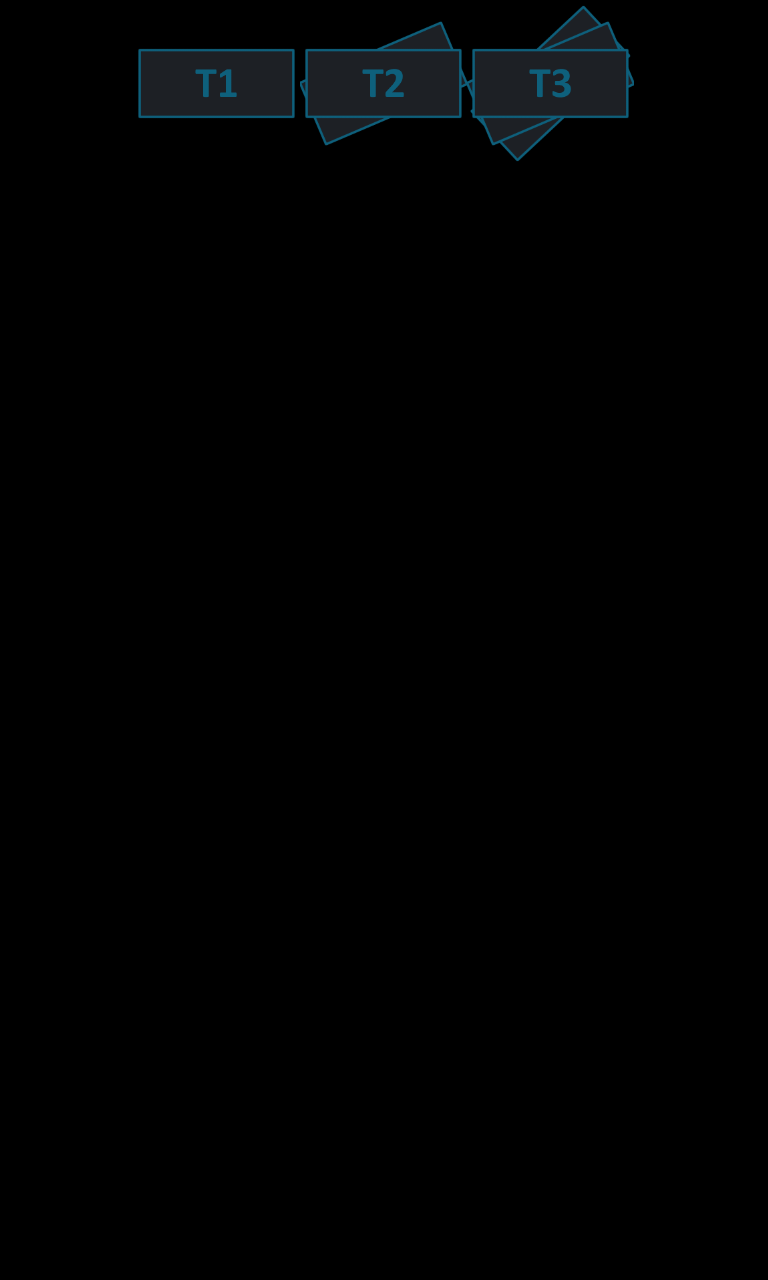
Repository: Nelspike/BusTicketer
Layout: PassengerMode/res/layout/fragment_show_tickets.xml
The author's editor kept a copy of each file at every save. The layout is drawn from the files as they stood at one save, then again after the next save.
It is drawn on a 768 x 1280 px phone screen (xhdpi) without system bars, with theme AppTheme; the app's code is not run.

Above is the layout before, as saved 2013-10-19 20:01:05.

### PassengerMode/res/layout/fragment_show_tickets.xml
<FrameLayout xmlns:android="http://schemas.android.com/apk/res/android"
    xmlns:tools="http://schemas.android.com/tools"
    android:layout_width="match_parent"
    android:layout_height="match_parent"
    tools:context=".ShowTicketsFragment" >

	<RadioGroup
	    android:layout_width="match_parent"
	    android:layout_height="wrap_content"
	    android:orientation="horizontal"
	    android:gravity="center">

	    <RadioButton
	        android:button="@drawable/t1"/>

	    <RadioButton
	        android:button="@drawable/t2"
	        android:padding_left="10dp"/>

	    <RadioButton
	        android:button="@drawable/t3"/>

	</RadioGroup>


</FrameLayout>

### PassengerMode/res/values/styles.xml
<resources>

    <!--
        Base application theme, dependent on API level. This theme is replaced
        by AppBaseTheme from res/values-vXX/styles.xml on newer devices.
    -->
    <style name="AppBaseTheme" parent="android:Theme.Holo">
        <!--
            Theme customizations available in newer API levels can go in
            res/values-vXX/styles.xml, while customizations related to
            backward-compatibility can go here.
        -->
    </style>

    <!-- Application theme. -->
    <style name="AppTheme" parent="android:Theme.Holo">
        <!-- All customizations that are NOT specific to a particular API-level can go here. -->
    </style>

</resources>

After the next save:
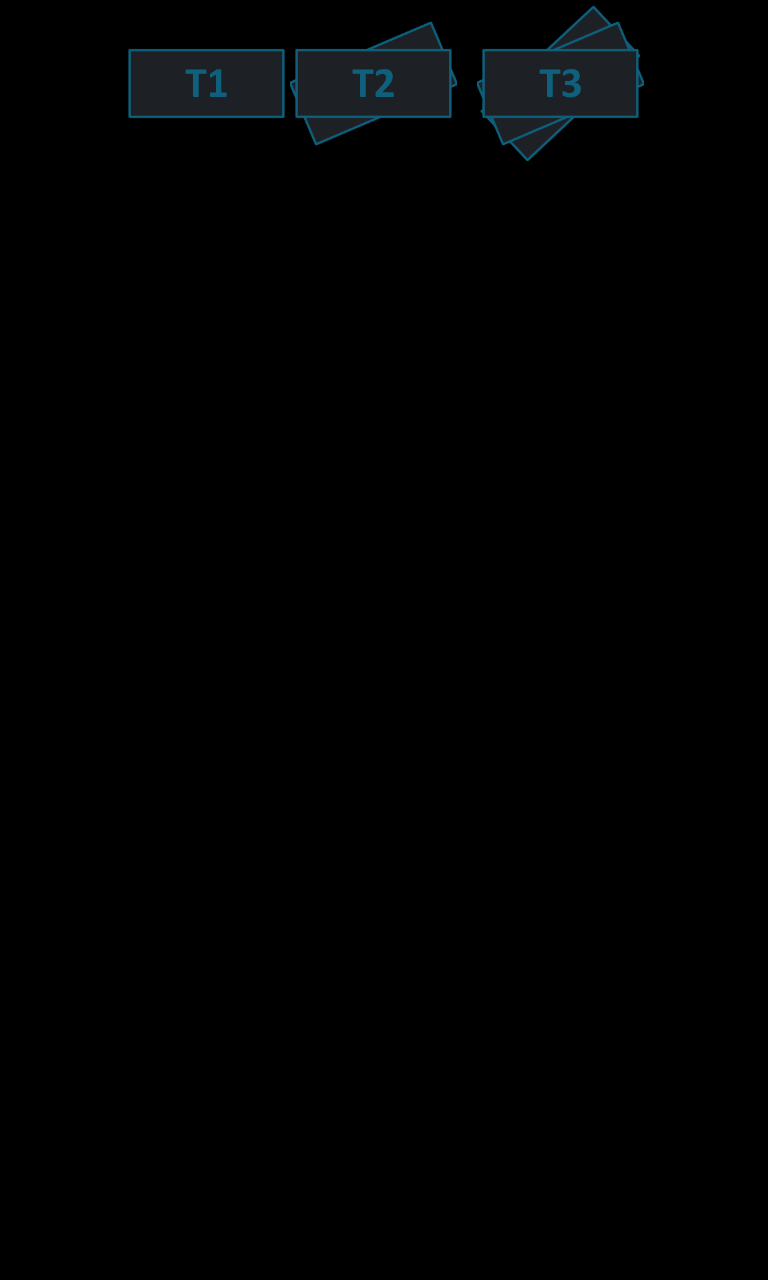
Saved 5 s later.
--- a/PassengerMode/res/layout/fragment_show_tickets.xml
+++ b/PassengerMode/res/layout/fragment_show_tickets.xml
@@ -15,7 +15,7 @@
 
 	    <RadioButton
 	        android:button="@drawable/t2"
-	        android:padding_left="10dp"/>
+	        android:paddingLeft="10dp"/>
 
 	    <RadioButton
 	        android:button="@drawable/t3"/>
